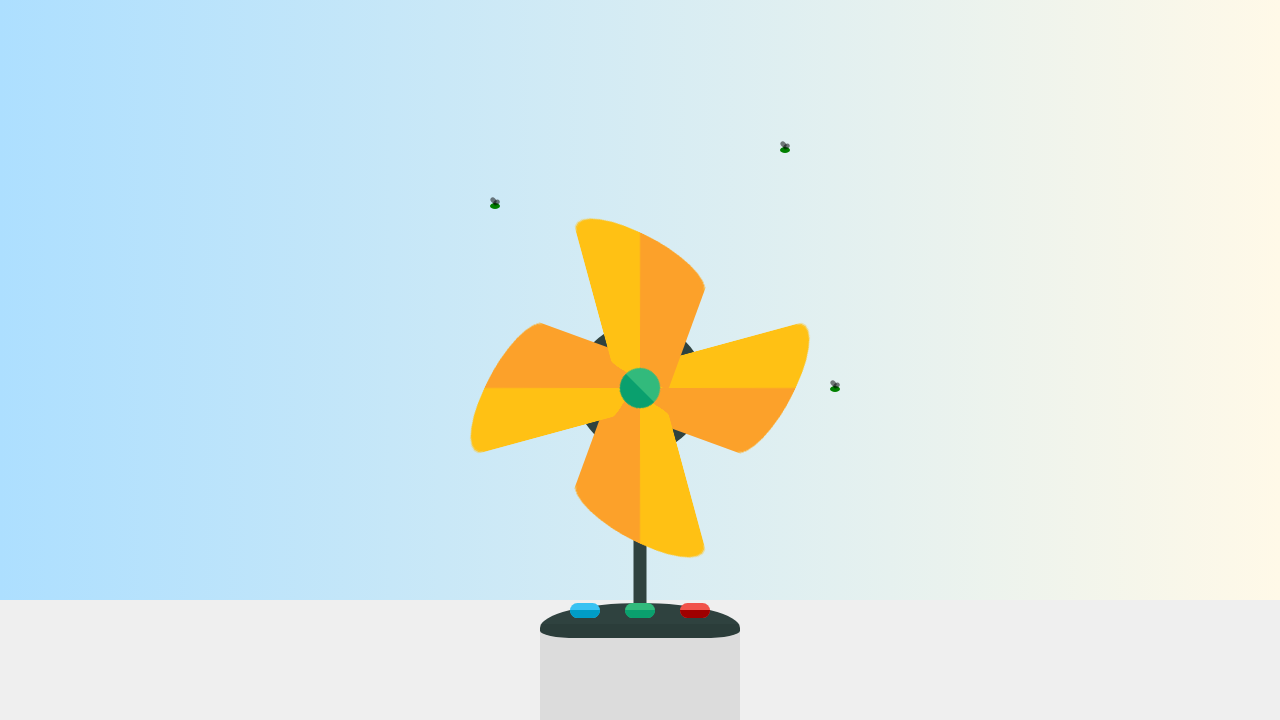
Repository: VuTuanAnh0949/CodeFan
Page: index.html
The author's editor kept a copy of each file at every save. The page is drawn from the files as they stood at one save, then again after the next save.
The browser window is 1280 px wide. The pictures show the whole page.

Above is the page before, as saved 2022-06-22 11:41:39.

After the next save:
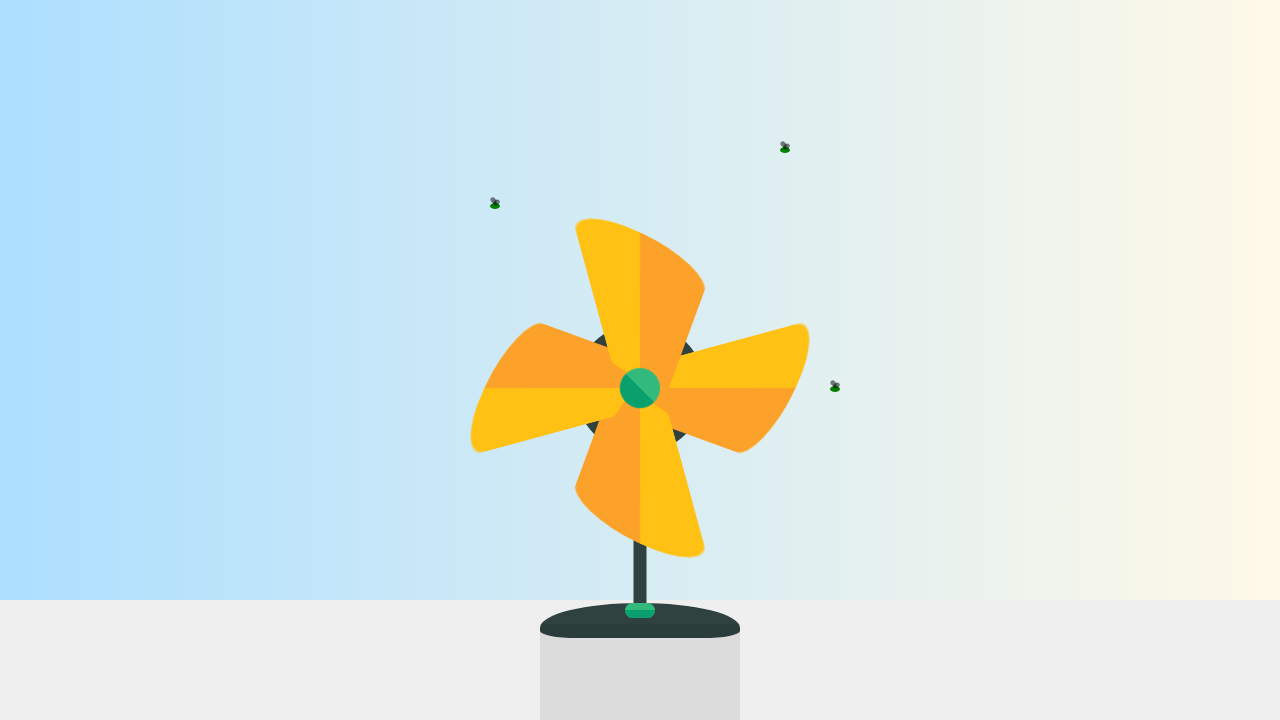
Saved 54 s later.
--- a/index.html
+++ b/index.html
@@ -13,8 +13,8 @@
 
     </div>
     <div class="fan">
-        <div class="fan__root"> <span class="top"> <label class="red" for="engine"></label> <label class="green"
-                    for="engine2"></label> <label class="blue" for="jack"></label> </span> <span class="bottom"></span>
+        <div class="fan__root"> <span class="top"> <label class="green" for="engine"></label> <label class="yellow"
+                    for="engine2"></label> <label class="black" for="jack"></label> </span> <span class="bottom"></span>
         </div>
         <div class="fan__staddle"></div> <input type="checkbox" id="jack" hidden />
         <div class="head">
